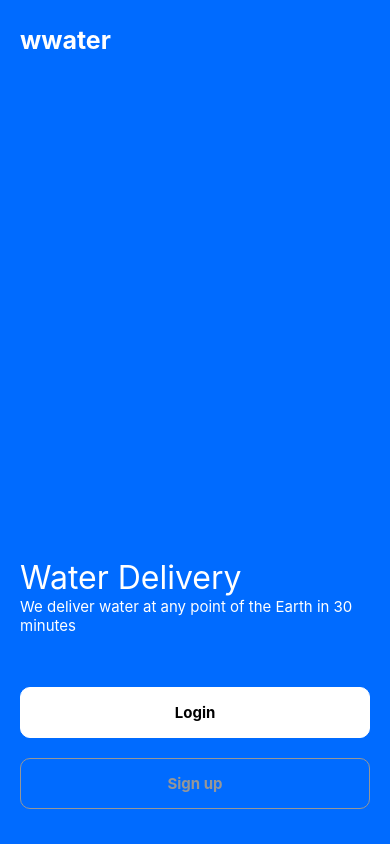
Repository: mtuguldr/myproject
Screen: /
The author's editor kept a copy of each file at every save. The screen is drawn from the files as they stood at one save, then again after the next save.
The app was drawn by React Native's web renderer in a window 390 px wide. The project was rebuilt for these pictures with package versions that can differ from the ones it lists, and the page was loaded fresh each time. Also part of the build but not shown: app/Screens/HomeScreen.js.

Above is the screen before, as saved 2021-10-20 15:54:37.

### App.js
import React from 'react'
import HomeScreen from './app/Screens/HomeScreen'
import StartScreen from './app/Screens/StartScreen'

function App(props) {
	return <StartScreen />
}

export default App

### app/Screens/StartScreen.js
import React from 'react'
import { Platform, StyleSheet, Text, View } from 'react-native'

import Background from '../components/Background'
import Button from '../components/Button'
import Logo from '../components/Logo'
import { ft, hp, wp } from '../config/const'

const MARGIN_HORIZONTAL = wp('5%')
const MARGIN_VERTICAL = hp('5%')

function StartScreen() {
	return (
		<Background style={{ justifyContent: 'flex-end' }}>
			<Logo style={styles.logo} />
			<View style={styles.container}>
				<Text style={styles.title}>Water Delivery</Text>
				<Text style={styles.description}>
					We deliver water at any point of the Earth in 30
					minutes
				</Text>

				<Button
					title='Login'
					color='white'
					filled
					onPress={() => {
						console.log()
					}}
				/>
				<Button
					title='Sign up'
					color='#979797'
					onPress={() => {}}
				/>
			</View>
		</Background>
	)
}

const styles = StyleSheet.create({
	description: {
		color: 'white',
		fontSize: ft(14),
		marginBottom: MARGIN_VERTICAL,
	},
	container: {
		justifyContent: 'center',
		marginHorizontal: MARGIN_HORIZONTAL,
		marginBottom: Platform.OS === 'ios' ? hp('6%') : hp('3%'),
	},
	logo: {
		position: 'absolute',
		top: Platform.OS === 'ios' ? hp('6%') : hp('3%'),
		left: MARGIN_HORIZONTAL,
	},
	title: {
		color: 'white',
		fontSize: ft(28),
	},
})

export default StartScreen

### app/components/Background.js
import React, { Children } from 'react'
import { View, StyleSheet } from 'react-native'
import colors from '../config/colors'

function Background({ children, style }) {
	return <View style={[styles.container, style]}>{children}</View>
}

const styles = StyleSheet.create({
	container: {
		flex: 1,
		backgroundColor: colors.primary,
	},
})

export default Background

### app/components/Button.js
import React from 'react'
import { View, StyleSheet, TouchableOpacity, Text } from 'react-native'
import colors from '../config/colors'
import { ft } from '../config/const'

function Button({ title, onPress, color = colors.white, filled = false }) {
	return (
		<TouchableOpacity
			style={[
				styles.container,
				filled
					? {
							backgroundColor: color,
							borderColor: color,
					  }
					: {
							backgroundColor: 'transparent',
							borderColor: color,
					  },
			]}
			onPress={onPress}
		>
			<Text
				style={[
					styles.text,
					filled
						? {
								color: 'black',
						  }
						: {
								color: color,
						  },
				]}
			>
				{title}
			</Text>
		</TouchableOpacity>
	)
}

const styles = StyleSheet.create({
	container: {
		width: '100%',
		borderRadius: 10,
		padding: 15,
		borderWidth: 1,
		marginVertical: 10,
	},
	text: {
		fontWeight: 'bold',
		fontSize: ft(14),
		alignSelf: 'center',
	},
})

export default Button

### app/components/Logo.js
import React from 'react'
import { View, StyleSheet, Text } from 'react-native'
import { ft } from '../config/const'

function Logo({ style }) {
	return (
		<View style={style}>
			<Text style={styles.text}>wwater</Text>
		</View>
	)
}

const styles = StyleSheet.create({
	container: {},
	text: {
		color: 'white',
		fontWeight: 'bold',
		fontSize: ft(22),
	},
})

export default Logo

### app/config/const.js
import { Dimensions, Platform, PixelRatio } from 'react-native'

const { width: SCREEN_WIDTH, height: SCREEN_HEIGHT } = Dimensions.get('window')

// based on iphone 5s's scale
const scale = SCREEN_WIDTH / 320

export function ft(size) {
    const newSize = size * scale
    if (Platform.OS === 'ios') {
        return Math.round(PixelRatio.roundToNearestPixel(newSize))
    } else {
        return Math.round(PixelRatio.roundToNearestPixel(newSize)) - 2
    }
}

export {
    widthPercentageToDP as wp,
    heightPercentageToDP as hp,
} from 'react-native-responsive-screen'

### app/config/colors.js
export default {
	black: '#000',
	danger: '#ff5252',
	dark: '#0c0c0c',
	light: '#979797',
	medium: '#6e6969',
	primary: '#006bff',
	secondary: '#1768d3',
	white: '#fff',
}

After the next save:
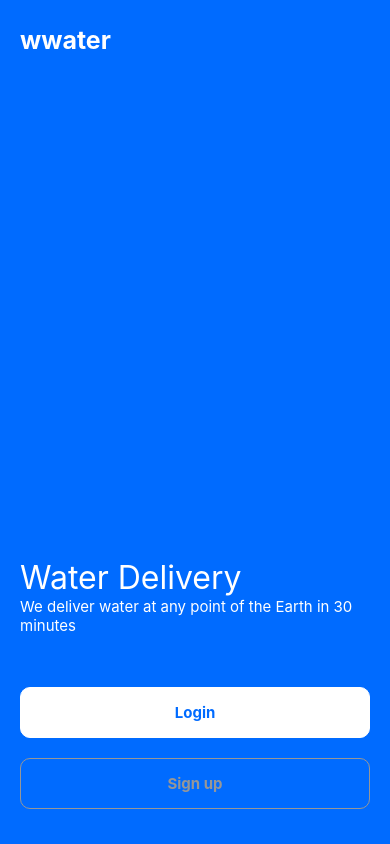
Saved 31 s later.
--- a/app/components/Button.js
+++ b/app/components/Button.js
@@ -25,7 +25,7 @@ function Button({ title, onPress, color = colors.white, filled = false }) {
 					styles.text,
 					filled
 						? {
-								color: 'black',
+								color: colors.primary,
 						  }
 						: {
 								color: color,
